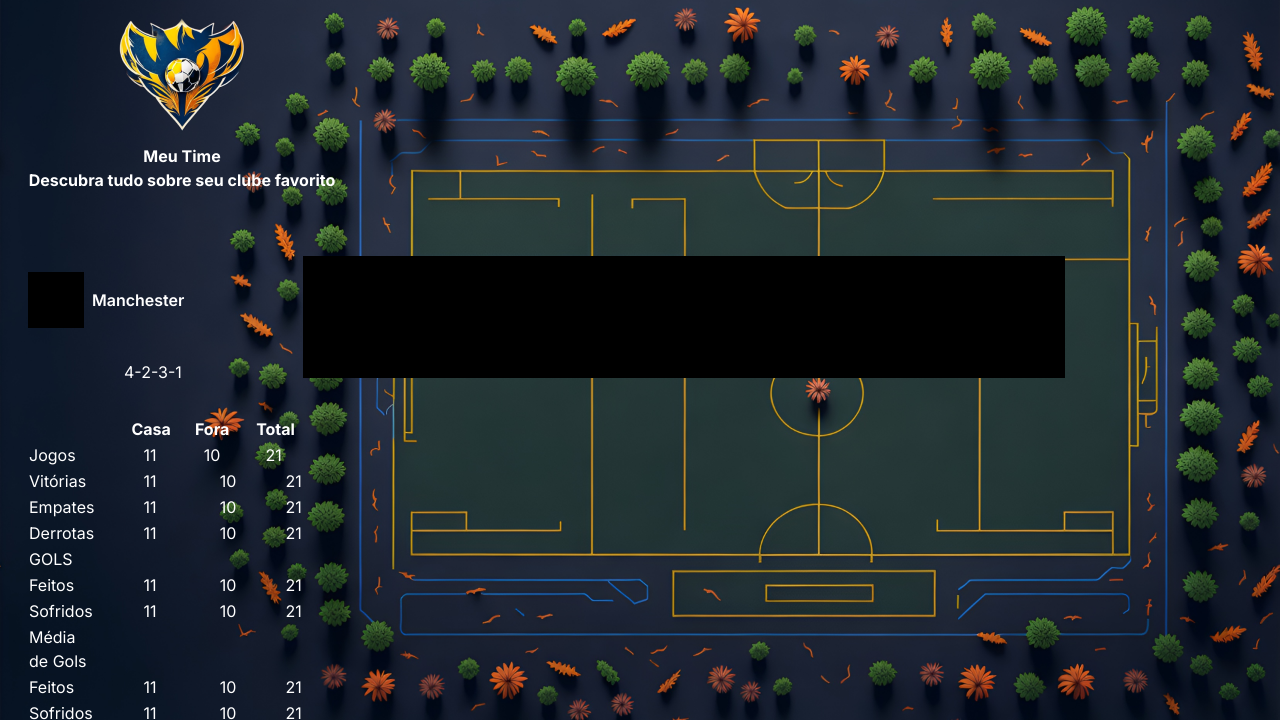
Repository: LuizAGDomingues/MeuTimeApp
Page: /statistics
An editor plug-in stored every save of this project. The page is shown before and after the next save, followed by the edit.
The browser window is 1280 px wide. The pictures show the whole page.
The project was rebuilt for these pictures with package versions that can differ from the ones it lists, and the page was loaded fresh each time. The framework's server and built-in components were replaced by stand-ins that run in the browser. Also part of the build but not shown: next.config.js.

Above is the page before, as saved 2023-05-26 14:20:42.

### src/app/layout.tsx
"use client"

import './globals.css'
import { Inter } from 'next/font/google'
import { QueryClient, QueryClientProvider } from 'react-query'

const inter = Inter({ subsets: ['latin'] })

const queryClient = new QueryClient()

export const metadata = {
  title: 'Trade test - Football API',
  description: 'Test para vaga front-end da Trade Technology',
}

export default function RootLayout({
  children,
}: {
  children: React.ReactNode
}) {
  return (
    <html lang="pt-br">
      <body className={inter.className}>
        <QueryClientProvider client={queryClient}>
          {children}
        </QueryClientProvider>
      </body>
    </html>
  )
}

### src/app/statistics/page.tsx
import React, { useEffect } from 'react'
import { useRouter } from 'next/router';
import logo from '../../assets/logo.png'
import Image from 'next/image'
import { useQuery } from 'react-query';
import { api } from '@/lib/axios';

function page() {
  // const router = useRouter();
  // const { league, seasonYear, team } = router.query;
  // const API_KEY = process.env.NEXT_PUBLIC_API_KEY;
  // const API_HOST = process.env.NEXT_PUBLIC_API_HOST;

  // useEffect(() => {
  //   // Verificar se as informações estão presentes
  //   if (!league || !seasonYear || !team) {
  //     // Redirecionar para outra página ou exibir uma mensagem de erro
  //     router.push('/');
  //   }
  // }, [league, seasonYear, team]);

  // const { data: timeStatisticsData, isLoading: timeStatisticsLoading, error: timeStatisticsError } = useQuery('timeStatistics', () => {
  //   return api.get('teams', {
  //     headers: {
  //       "x-rapidapi-host": API_HOST,
	// 	    "x-rapidapi-key": API_KEY
  //     }, params: {
  //       league: league,
  //       season: seasonYear,
  //       team: team
  //     }
  //   }).then((response) => response.data.response)
  // })

  // const { data: timeSquadData, isLoading: timeSquadLoading, error: timeSquadError } = useQuery('timeSquad', () => {
  //   return api.get('players/squads', {
  //     headers: {
  //       "x-rapidapi-host": API_HOST,
	// 	    "x-rapidapi-key": API_KEY
  //     },
  //     params: {
  //       team: team
  //     }
  //   }).then((response) => response.data.response)
  // })

  return (
    <section className='statisticpage w-full h-screen px-7 pb-20 text-white'>
      <div className='flex flex-col items-center w-[308px]'>
        <Image src={logo} alt='Logo exemplo'/>
        <span className='text-white font-bold text-center'>Meu Time<br/>Descubra tudo sobre seu clube favorito</span>
      </div>

      <div className='flex justify-between'>

        <div className='flex flex-col items-start w-[308px]'>
          <div className='flex items-center gap-2 mt-20'>
            <div className='w-14 h-14 bg-black'></div>
            <span className='font-semibold'>Manchester</span>
          </div>
          <span className='mt-8 ml-24 mb-8'>4-2-3-1</span>

          <table>
            <thead>
              <tr>
                <th></th>
                <th className="text-center pl-9">Casa</th>
                <th className="text-center pl-4">Fora</th>
                <th className="text-center pl-3">Total</th>
              </tr>
            </thead>
            <tbody>
              <tr>
                <td>Jogos</td>
                <td className="pl-12">11</td>
                <td className="pl-8">10</td>
                <td className="pl-7">21</td>
              </tr>
              <tr>
                <td>Vitórias</td>
                <td className="pl-12">11</td>
                <td className="pl-12">10</td>
                <td className="pl-12">21</td>
              </tr>
              <tr>
                <td>Empates</td>
                <td className="pl-12">11</td>
                <td className="pl-12">10</td>
                <td className="pl-12">21</td>
              </tr>
              <tr>
                <td>Derrotas</td>
                <td className="pl-12">11</td>
                <td className="pl-12">10</td>
                <td className="pl-12">21</td>
              </tr>

              <tr>
                <td>GOLS</td>
              </tr>
              <tr>
                <td>Feitos</td>
                <td className="pl-12">11</td>
                <td className="pl-12">10</td>
                <td className="pl-12">21</td>
              </tr>
              <tr>
                <td>Sofridos</td>
                <td className="pl-12">11</td>
                <td className="pl-12">10</td>
                <td className="pl-12">21</td>
              </tr>

              <tr>
                <td>Média de Gols</td>
              </tr>
              <tr>
                <td>Feitos</td>
                <td className="pl-12">11</td>
                <td className="pl-12">10</td>
                <td className="pl-12">21</td>
              </tr>
              <tr>
                <td>Sofridos</td>
                <td className="pl-12">11</td>
                <td className="pl-12">10</td>
                <td className="pl-12">21</td>
              </tr>
            </tbody>
          </table>
        </div>

        <div className='grid grid-cols-10 gap-4 mr-[13.5rem] mt-16'>
          <div className='w-[88px] h-[122px] bg-black'></div>
          <div className='w-[88px] h-[122px] bg-black'></div>
          <div className='w-[88px] h-[122px] bg-black'></div>
          <div className='w-[88px] h-[122px] bg-black'></div>
          <div className='w-[88px] h-[122px] bg-black'></div>
          <div className='w-[88px] h-[122px] bg-black'></div>
          <div className='w-[88px] h-[122px] bg-black'></div>
          <div className='w-[88px] h-[122px] bg-black'></div>
          <div className='w-[88px] h-[122px] bg-black'></div>
          <div className='w-[88px] h-[122px] bg-black'></div>
        </div>
      </div>

    </section>
  )
}

export default page

### src/app/globals.css
@tailwind base;
@tailwind components;
@tailwind utilities;

.landingpage {
  background-image: url('../assets/background.png');
  background-size: cover;
  background-repeat: no-repeat;
}

.statisticpage {
  background-image: url('../assets/statisticsBackground.png');
  background-size: cover;
  background-repeat: no-repeat;
}

Loaded but not shown: tailwind.config.js (common file)

After the next save:
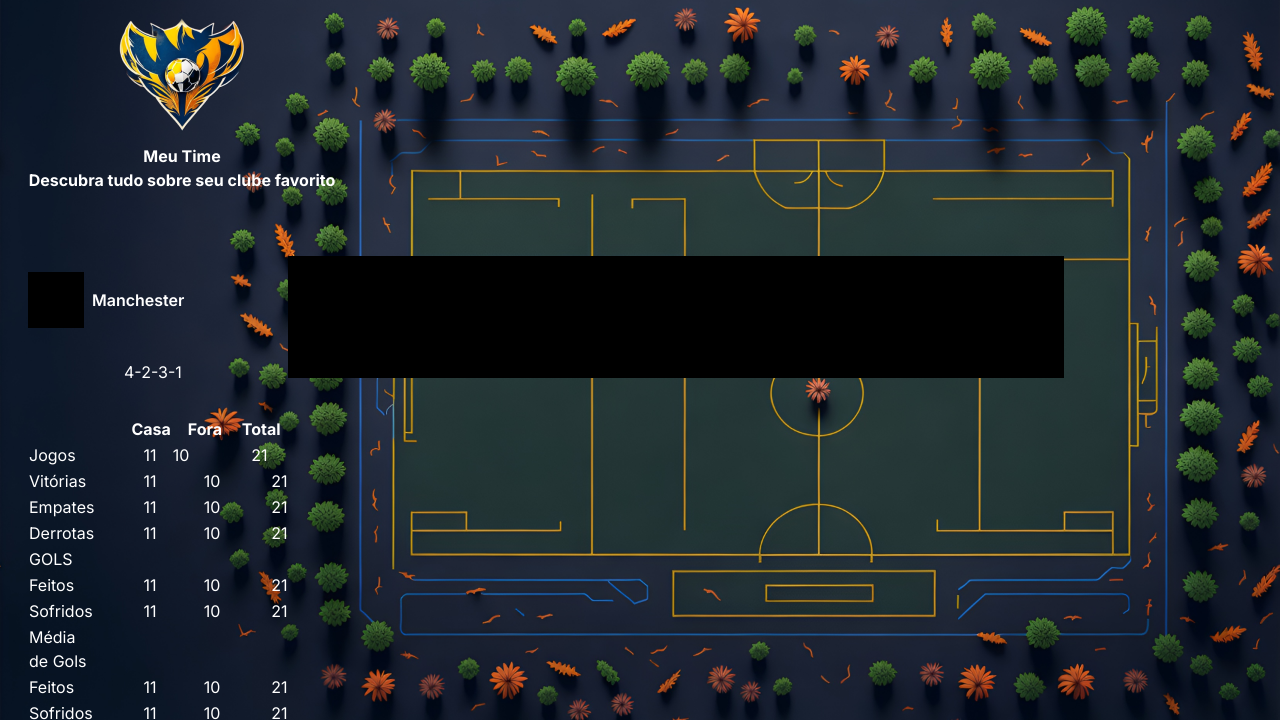
Saved 25 s later.
--- a/src/app/statistics/page.tsx
+++ b/src/app/statistics/page.tsx
@@ -73,25 +73,25 @@ function page() {
               <tr>
                 <td>Jogos</td>
                 <td className="pl-12">11</td>
-                <td className="pl-8">10</td>
+                <td className="pl8">10</td>
                 <td className="pl-7">21</td>
               </tr>
               <tr>
                 <td>Vitórias</td>
                 <td className="pl-12">11</td>
-                <td className="pl-12">10</td>
+                <td className="pl-8">10</td>
                 <td className="pl-12">21</td>
               </tr>
               <tr>
                 <td>Empates</td>
                 <td className="pl-12">11</td>
-                <td className="pl-12">10</td>
+                <td className="pl-8">10</td>
                 <td className="pl-12">21</td>
               </tr>
               <tr>
                 <td>Derrotas</td>
                 <td className="pl-12">11</td>
-                <td className="pl-12">10</td>
+                <td className="pl-8">10</td>
                 <td className="pl-12">21</td>
               </tr>
 
@@ -101,13 +101,13 @@ function page() {
               <tr>
                 <td>Feitos</td>
                 <td className="pl-12">11</td>
-                <td className="pl-12">10</td>
+                <td className="pl-8">10</td>
                 <td className="pl-12">21</td>
               </tr>
               <tr>
                 <td>Sofridos</td>
                 <td className="pl-12">11</td>
-                <td className="pl-12">10</td>
+                <td className="pl-8">10</td>
                 <td className="pl-12">21</td>
               </tr>
 
@@ -117,13 +117,13 @@ function page() {
               <tr>
                 <td>Feitos</td>
                 <td className="pl-12">11</td>
-                <td className="pl-12">10</td>
+                <td className="pl-8">10</td>
                 <td className="pl-12">21</td>
               </tr>
               <tr>
                 <td>Sofridos</td>
                 <td className="pl-12">11</td>
-                <td className="pl-12">10</td>
+                <td className="pl-8">10</td>
                 <td className="pl-12">21</td>
               </tr>
             </tbody>
